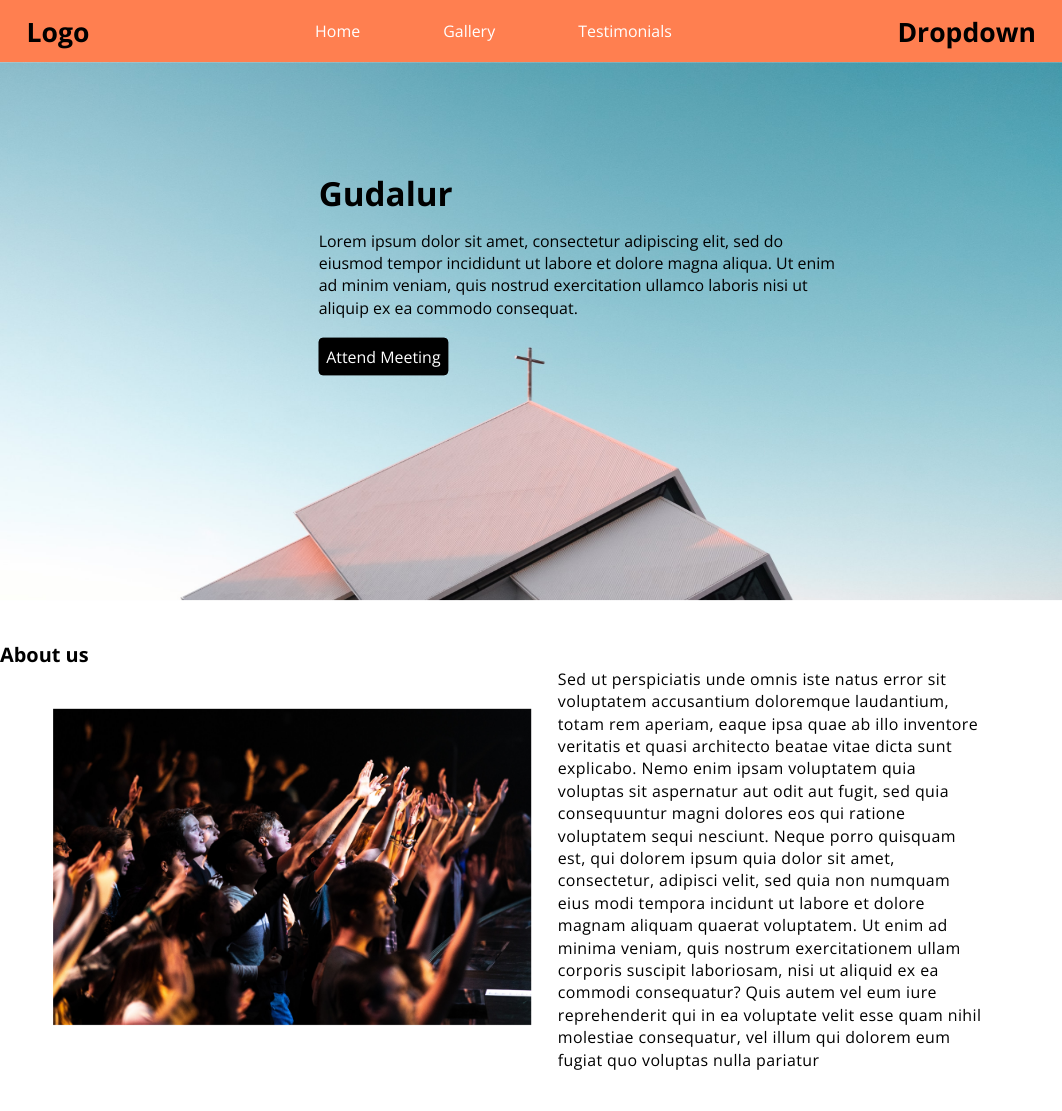
Repository: Imprasna/church
Page: index.html
These files come from the project's save history. The page is drawn as it stood at one moment and after the next save; the edit follows.
The browser window is 1280 px wide. The pictures show the whole page, at 83% of full size.

Above is the page before, as saved 2022-01-18 23:17:10.

### index.html
<!DOCTYPE html>
<html lang="en">
<head>
    <meta charset="UTF-8">
    <meta http-equiv="X-UA-Compatible" content="IE=edge">
    <meta name="viewport" content="width=device-width, initial-scale=1.0">
    <link rel="stylesheet" href="style.css">
    <title>church 1</title>
</head>
<body>
    <header>
        <div class="logo">
            <h1>Logo</h1>
        </div>

        <nav>
            <a href="#">Home</a>
            <a href="#">Gallery</a>
            <a href="#">Testimonials</a>
        </nav>

        <div class="dropdown">
            <h1>Dropdown</h1>
        </div>
    </header>

    <main>
        <section>
            <div class="hero_sec">
                <img src="images/banner_c1.jpg" alt="">
                <div class="hero_texts">
                    <h1>Gudalur</h1>
                    <p>Lorem ipsum dolor sit amet, consectetur adipiscing elit, sed do eiusmod tempor incididunt ut labore et dolore magna aliqua. Ut enim ad minim veniam, quis nostrud exercitation ullamco laboris nisi ut aliquip ex ea commodo consequat.</p>
                    <a href="#" class="cta">Attend Meeting</a>
                </div>
            </div>
        </section>

        <section>
            <div class="about_sec">
                <h1>About us</h1>

                <div class="about_whole">
                    <div class="about_left">
                        <img src="images/about_sec.png" alt="">
                    </div>
                    <div class="about_right">
                        <p>Sed ut perspiciatis unde omnis iste natus error sit voluptatem accusantium doloremque laudantium, totam rem aperiam, eaque ipsa quae ab illo inventore veritatis et quasi architecto beatae vitae dicta sunt explicabo. Nemo enim ipsam voluptatem quia voluptas sit aspernatur aut odit aut fugit, sed quia consequuntur magni dolores eos qui ratione voluptatem sequi nesciunt. Neque porro quisquam est, qui dolorem ipsum quia dolor sit amet, consectetur, adipisci velit, sed quia non numquam eius modi tempora incidunt ut labore et dolore magnam aliquam quaerat voluptatem. Ut enim ad minima veniam, quis nostrum exercitationem ullam corporis suscipit laboriosam, nisi ut aliquid ex ea commodi consequatur? Quis autem vel eum iure reprehenderit qui in ea voluptate velit esse quam nihil molestiae consequatur, vel illum qui dolorem eum fugiat quo voluptas nulla pariatur</p>
                    </div>
                </div>
            </div>
        </section>


    </main>

    <footer></footer>

    <script src="app.js"></script>
</body>
</html>

### style.css
@import url('https://fonts.googleapis.com/css2?family=Open+Sans:ital,wght@0,300;0,400;0,500;0,600;0,700;1,800&display=swap');

* {
    margin: 0;
    padding: 0;
    box-sizing: border-box;
}

:root {
    --primary-color: #fff;
    --secondary-color: #000;
}

html {
    scroll-behavior: smooth;
}

body {
    font-family: 'Open Sans', sans-serif;
}

header {
    width: 100%;
    padding: 1rem 2rem;
    background: coral;
    display: flex;
    justify-content: space-between;
    align-items: center;
}

nav > a {
    margin-right: 3rem;
    margin-left: 3rem;
    text-decoration: none;
    color: var(--primary-color);
    font-size: 1.2rem;
}

.hero_sec {
    height: 90vh;
    width: 100%;
    position: relative;
}

.hero_sec > img {
    width: 100%;
    height: 100%;
    object-fit: fill;
}

.hero_texts {
    position: absolute;
    top: 20%;
    left: 30%;
    width: 50%;
}

.hero_texts > h1 {
    font-size: 2.5rem;
    font-weight: 800;
    margin-bottom: 1rem;
}

.hero_texts > p {
    font-size: 1.2rem;
    margin-bottom: 2rem;
}

.cta {
    font-size: 1.2rem;
    padding: .5rem .5rem;
    text-decoration: none;
    border: 1px solid #000;
    border-radius: 5px;
    background: var(--secondary-color);
    color: var(--primary-color);
    transition: all .5s;
}

.cta:hover {
    background: transparent;
    border: 1px solid var(--secondary-color);
    color: var(--secondary-color);
}

.about_sec {
    height: 100%;
    width: 100%;
    padding: 3rem 0;
}

.about_whole {
    width: 90%;
    height: 100%;
    display: flex;
    align-items: center;
    margin: 0 auto;
}

.about_left, .about_right {
    width: 50%;
    height: 100%;
}

.about_left > img {
    width: 100%;
    height: 100%;
}

.about_right {
    padding: 0 2rem;
}

.about_right > p {
    font-size: 1.2rem;
    letter-spacing: .5px;
    line
}

Loaded but not shown: app.js (no copy from this time; the picture is the same without it)

After the next save:
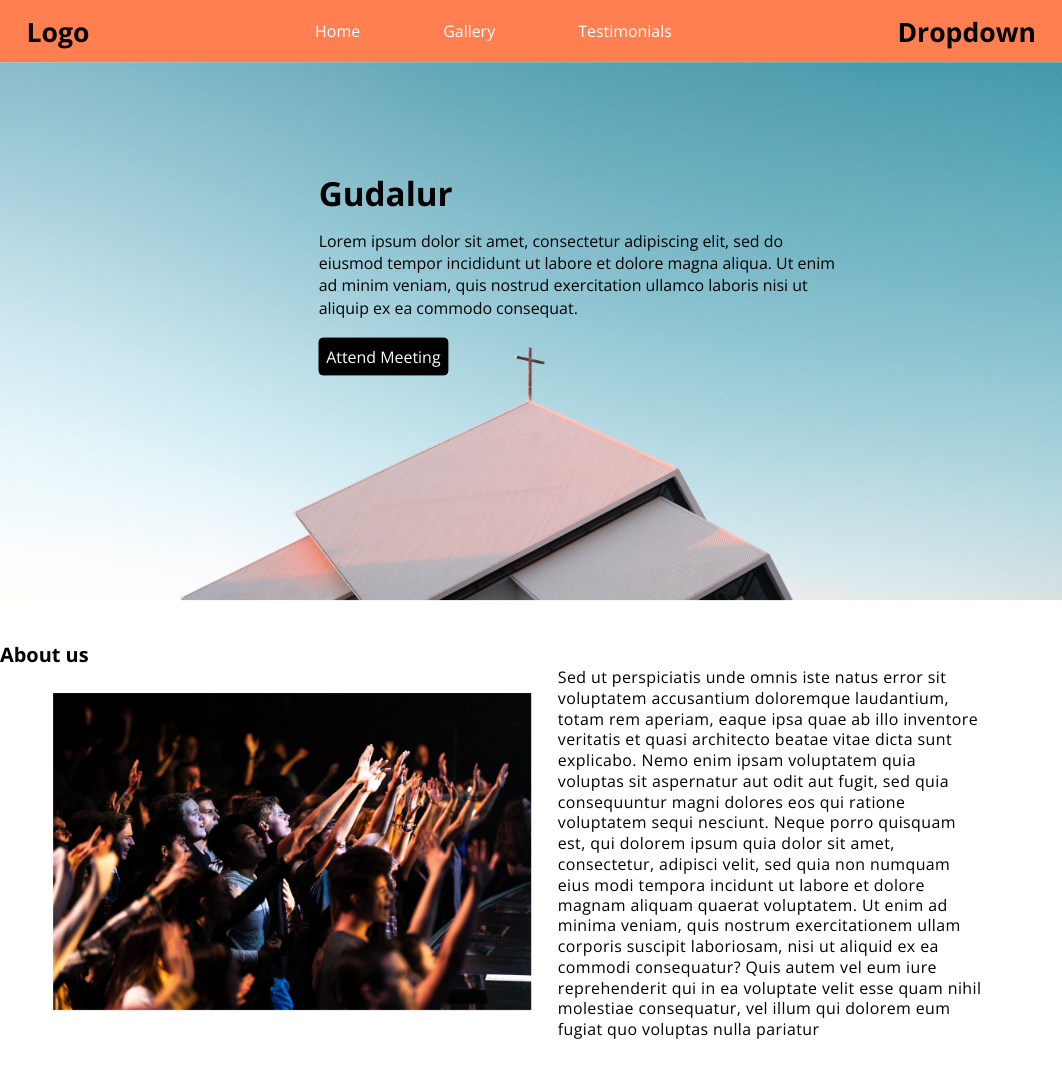
Saved 7 s later.
--- a/style.css
+++ b/style.css
@@ -114,5 +114,5 @@ nav > a {
 .about_right > p {
     font-size: 1.2rem;
     letter-spacing: .5px;
-    line
+    line-height: 1.3;
 }
